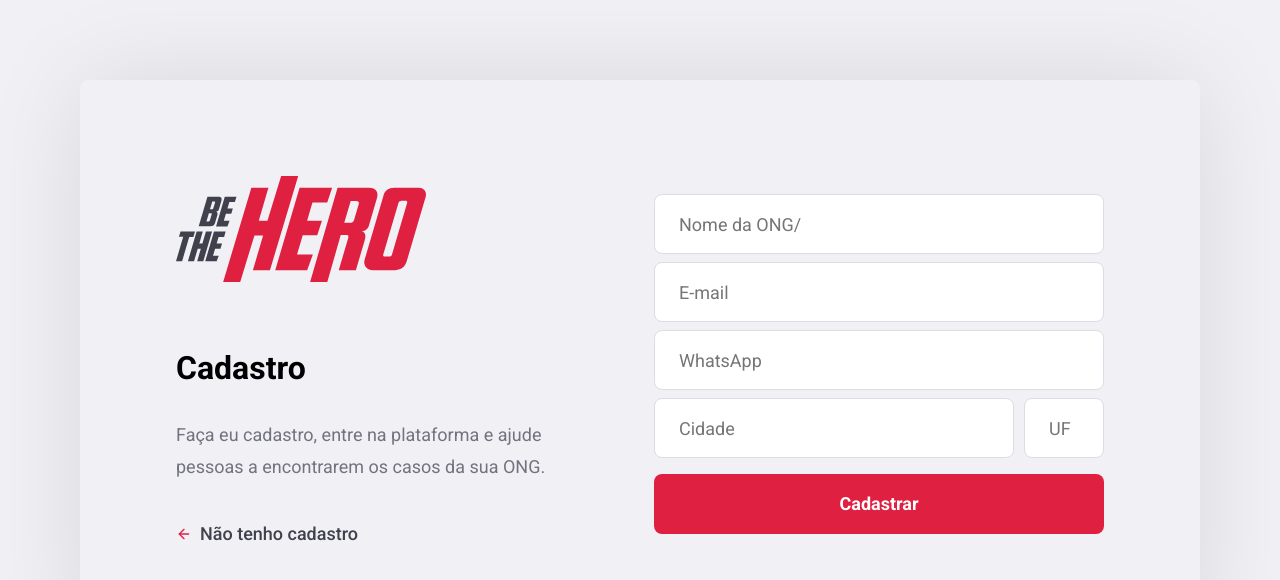
Repository: lucas-silva-dev/be-the-hero
Page: /register (app in frontend/)
The author's editor kept a copy of each file at every save. The page is drawn from the files as they stood at one save, then again after the next save.
The browser window is 1280 px wide. The pictures show the whole page.
The project was rebuilt for these pictures with package versions that can differ from the ones it lists, and the page was loaded fresh each time. Also part of the build but not shown: frontend/src/pages/Logon/styles.css, frontend/src/pages/Logon/index.js.

Above is the page before, as saved 2020-03-25 23:09:55.

After the next save:
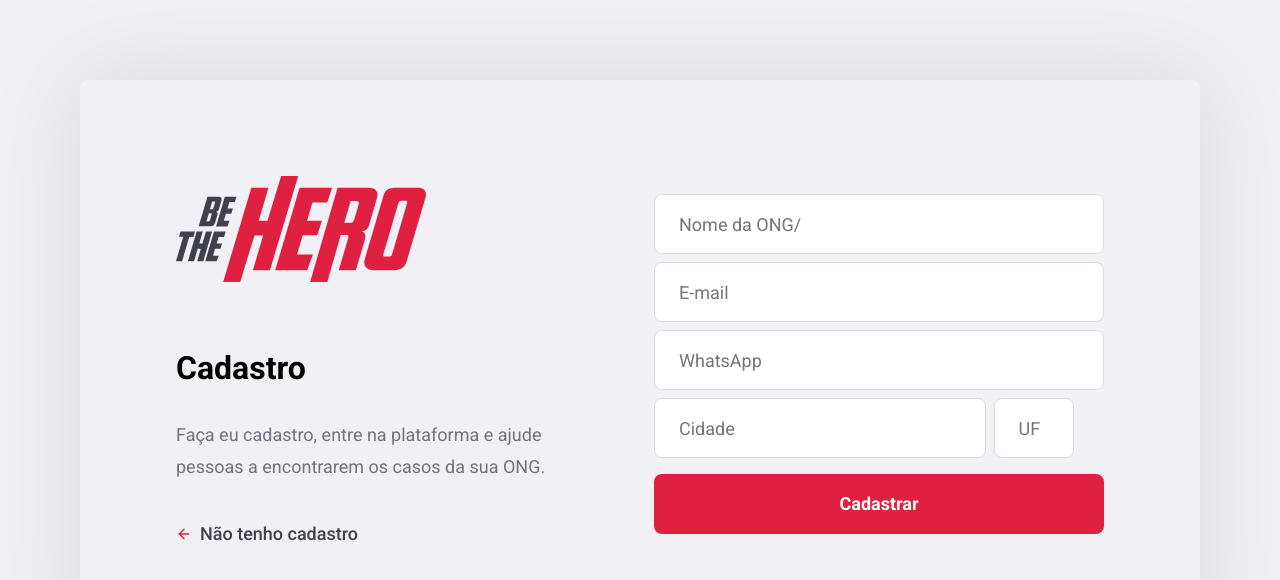
Saved 47 s later.
--- a/frontend/src/pages/Register/styles.css
+++ b/frontend/src/pages/Register/styles.css
@@ -48,6 +48,6 @@
 
 .register-container .content form .input-group {
   display: grid;
-  grid-template-columns: 80% 20%;
-  gap: 10px;
+  grid-template-columns: 3fr 1fr;
+  gap: 8px;
 }

After the save that followed:
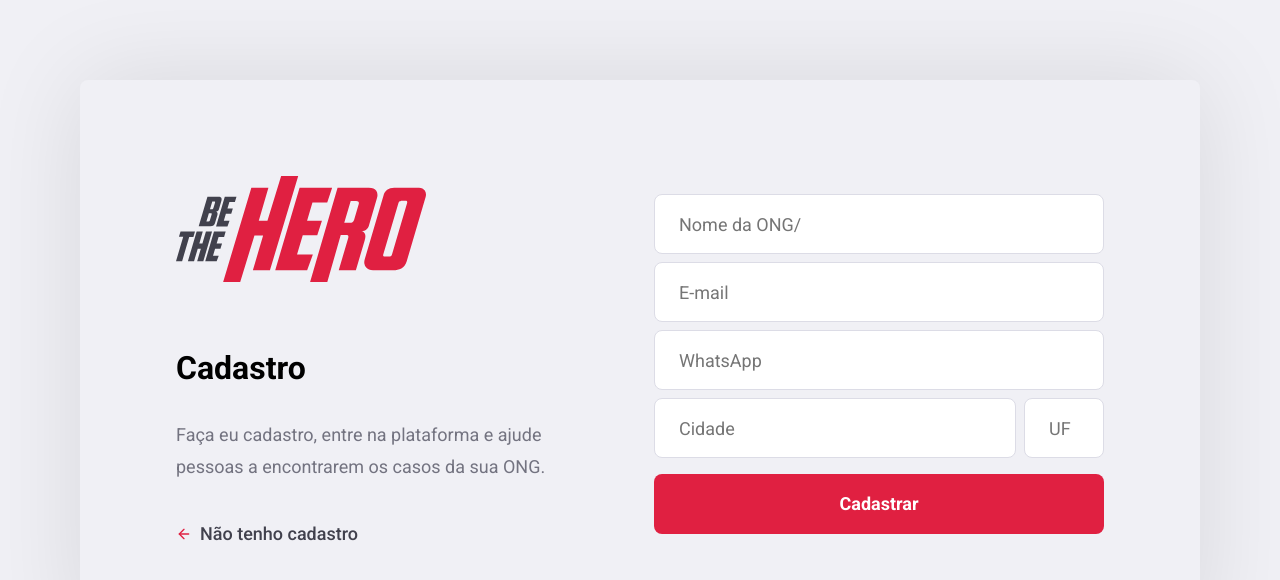
Saved 62 s later.
--- a/frontend/src/pages/Register/styles.css
+++ b/frontend/src/pages/Register/styles.css
@@ -47,7 +47,9 @@
 }
 
 .register-container .content form .input-group {
-  display: grid;
-  grid-template-columns: 3fr 1fr;
-  gap: 8px;
+  display: flex;
 }
+
+.register-container .content form .input-group input + input {
+  margin-left: 8px;
+}
